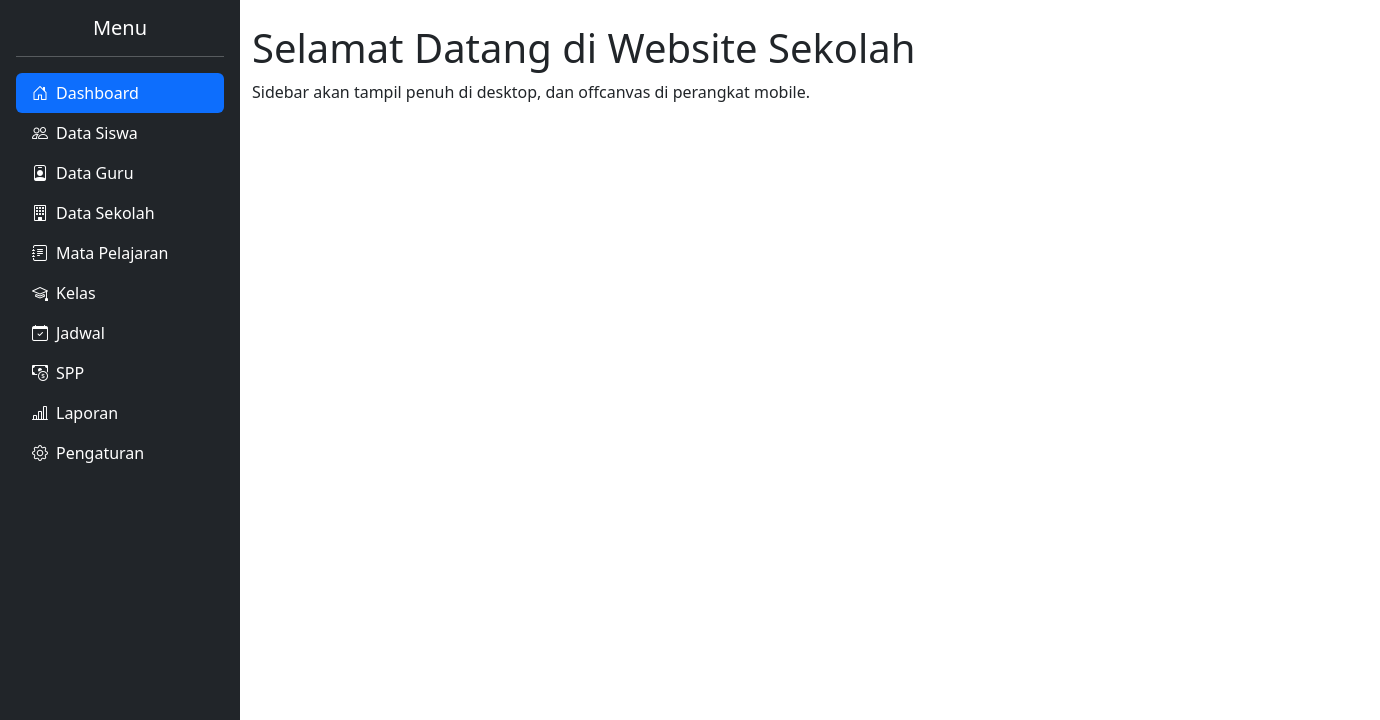
Repository: Jonathan123asd/userManual
Page: index.html
These files come from the project's save history. The page is drawn as it stood at one moment and after the next save; the edit follows.
The browser window is 1280 px wide. The page is 1380 px wide, so the pictures cover 1380 px, including what lies to the right of the window. The pictures show the whole page.

Above is the page before, as saved 2025-08-20 15:49:59.

### index.html
<!DOCTYPE html>
<html lang="id">
<head>
  <meta charset="UTF-8">
  <meta name="viewport" content="width=device-width, initial-scale=1.0">
  <title>Tutorial Website Sekolah</title>
  <!-- Bootstrap -->
  <link rel="stylesheet" href="https://cdn.jsdelivr.net/npm/bootstrap@5.3.7/dist/css/bootstrap.min.css" />
  <link rel="stylesheet" href="https://cdn.jsdelivr.net/npm/bootstrap-icons@1.13.1/font/bootstrap-icons.css" />
  <style>
    /* Sidebar tetap di desktop */
    .sidebar-desktop {
      width: 240px;
      height: 100vh;
      position: fixed;
      top: 0;
      left: 0;
      background-color: #343a40;
      padding: 1rem;
    }
    .content {
      margin-left: 0;
    }
    @media (min-width: 992px) {
      .content {
        margin-left: 240px;
      }
    }
  </style>
</head>
<body>

  <!-- Navbar (Mobile only) -->
  <nav class="navbar navbar-dark bg-dark d-lg-none">
    <div class="container-fluid">
      <button class="btn btn-outline-light me-2" type="button" data-bs-toggle="offcanvas" data-bs-target="#sidebarMobile" aria-controls="sidebarMobile">
        <i class="bi bi-list"></i>
      </button>
      <a class="navbar-brand" href="#">Website Sekolah</a>
    </div>
  </nav>

  <!-- Sidebar Desktop -->
  <div class="sidebar-desktop text-bg-dark d-none d-lg-block">
    <h5 class="text-white text-center">Menu</h5>
    <hr class="border-light">
    <ul class="nav nav-pills flex-column mb-auto">
      <li><a href="#" class="nav-link active text-white"><i class="bi bi-house-door me-2"></i>Dashboard</a></li>
      <li><a href="#" class="nav-link text-white"><i class="bi bi-people me-2"></i>Data Siswa</a></li>
      <li><a href="#" class="nav-link text-white"><i class="bi bi-person-badge me-2"></i>Data Guru</a></li>
      <li><a href="#" class="nav-link text-white"><i class="bi bi-building me-2"></i>Data Sekolah</a></li>
      <li><a href="#" class="nav-link text-white"><i class="bi bi-journal-text me-2"></i>Mata Pelajaran</a></li>
      <li><a href="#" class="nav-link text-white"><i class="bi bi-mortarboard me-2"></i>Kelas</a></li>
      <li><a href="#" class="nav-link text-white"><i class="bi bi-calendar-check me-2"></i>Jadwal</a></li>
      <li><a href="#" class="nav-link text-white"><i class="bi bi-cash-coin me-2"></i>SPP</a></li>
      <li><a href="#" class="nav-link text-white"><i class="bi bi-bar-chart-line me-2"></i>Laporan</a></li>
      <li><a href="#" class="nav-link text-white"><i class="bi bi-gear me-2"></i>Pengaturan</a></li>
    </ul>
  </div>

  <!-- Sidebar Mobile (Offcanvas) -->
  <div class="offcanvas offcanvas-start text-bg-dark d-lg-none" tabindex="-1" id="sidebarMobile" aria-labelledby="sidebarMobileLabel">
    <div class="offcanvas-header">
      <h5 class="offcanvas-title" id="sidebarMobileLabel">Menu</h5>
      <button type="button" class="btn-close btn-close-white" data-bs-dismiss="offcanvas" aria-label="Close"></button>
    </div>
    <div class="offcanvas-body">
      <ul class="nav nav-pills flex-column mb-auto">
        <li><a href="#" class="nav-link active text-white"><i class="bi bi-house-door me-2"></i>Dashboard</a></li>
        <li><a href="#" class="nav-link text-white"><i class="bi bi-people me-2"></i>Data Siswa</a></li>
        <li><a href="#" class="nav-link text-white"><i class="bi bi-person-badge me-2"></i>Data Guru</a></li>
        <li><a href="#" class="nav-link text-white"><i class="bi bi-building me-2"></i>Data Sekolah</a></li>
        <li><a href="#" class="nav-link text-white"><i class="bi bi-journal-text me-2"></i>Mata Pelajaran</a></li>
        <li><a href="#" class="nav-link text-white"><i class="bi bi-mortarboard me-2"></i>Kelas</a></li>
        <li><a href="#" class="nav-link text-white"><i class="bi bi-calendar-check me-2"></i>Jadwal</a></li>
        <li><a href="#" class="nav-link text-white"><i class="bi bi-cash-coin me-2"></i>SPP</a></li>
        <li><a href="#" class="nav-link text-white"><i class="bi bi-bar-chart-line me-2"></i>Laporan</a></li>
        <li><a href="#" class="nav-link text-white"><i class="bi bi-gear me-2"></i>Pengaturan</a></li>
      </ul>
    </div>
  </div>

  <!-- Content -->
  <div class="content container mt-4">
    <h1>Selamat Datang di Website Sekolah</h1>
    <p>Sidebar akan tampil penuh di desktop, dan offcanvas di perangkat mobile.</p>
  </div>

  <!-- Bootstrap JS -->
  <script src="https://cdn.jsdelivr.net/npm/bootstrap@5.3.7/dist/js/bootstrap.bundle.min.js"></script>
</body>
</html>

After the next save:
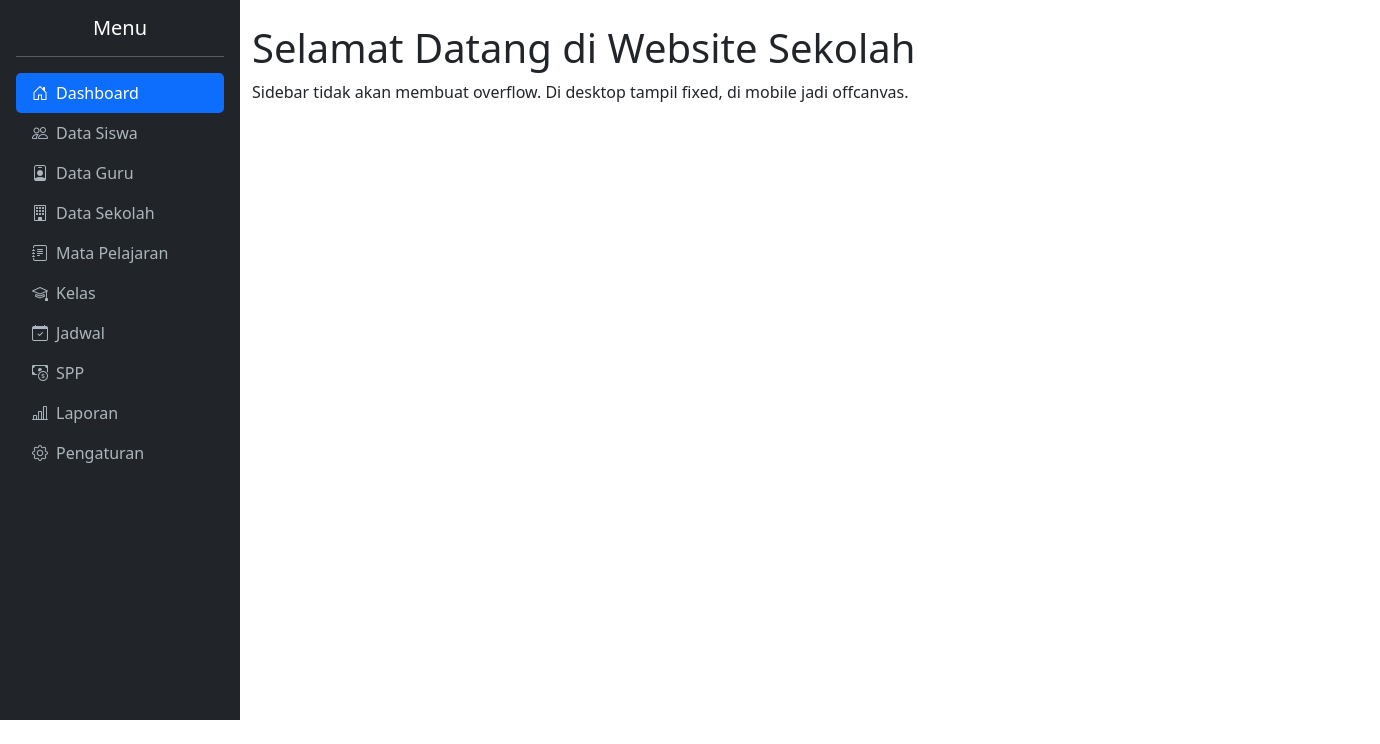
Saved 2 min 43 s later.
--- a/index.html
+++ b/index.html
@@ -8,6 +8,12 @@
   <link rel="stylesheet" href="https://cdn.jsdelivr.net/npm/bootstrap@5.3.7/dist/css/bootstrap.min.css" />
   <link rel="stylesheet" href="https://cdn.jsdelivr.net/npm/bootstrap-icons@1.13.1/font/bootstrap-icons.css" />
   <style>
+    body {
+      margin: 0;
+      padding: 0;
+      height: 100vh;
+      overflow-x: hidden; /* cegah overflow horizontal */
+    }
     /* Sidebar tetap di desktop */
     .sidebar-desktop {
       width: 240px;
@@ -18,13 +24,23 @@
       background-color: #343a40;
       padding: 1rem;
     }
+    /* Konten */
     .content {
       margin-left: 0;
     }
     @media (min-width: 992px) {
       .content {
-        margin-left: 240px;
+        margin-left: 240px; /* geser hanya di desktop */
       }
+    }
+    .nav-link {
+      color: #adb5bd;
+    }
+    .nav-link:hover,
+    .nav-link.active {
+      background-color: #495057;
+      color: #fff;
+      border-radius: 5px;
     }
   </style>
 </head>
@@ -45,16 +61,16 @@
     <h5 class="text-white text-center">Menu</h5>
     <hr class="border-light">
     <ul class="nav nav-pills flex-column mb-auto">
-      <li><a href="#" class="nav-link active text-white"><i class="bi bi-house-door me-2"></i>Dashboard</a></li>
-      <li><a href="#" class="nav-link text-white"><i class="bi bi-people me-2"></i>Data Siswa</a></li>
-      <li><a href="#" class="nav-link text-white"><i class="bi bi-person-badge me-2"></i>Data Guru</a></li>
-      <li><a href="#" class="nav-link text-white"><i class="bi bi-building me-2"></i>Data Sekolah</a></li>
-      <li><a href="#" class="nav-link text-white"><i class="bi bi-journal-text me-2"></i>Mata Pelajaran</a></li>
-      <li><a href="#" class="nav-link text-white"><i class="bi bi-mortarboard me-2"></i>Kelas</a></li>
-      <li><a href="#" class="nav-link text-white"><i class="bi bi-calendar-check me-2"></i>Jadwal</a></li>
-      <li><a href="#" class="nav-link text-white"><i class="bi bi-cash-coin me-2"></i>SPP</a></li>
-      <li><a href="#" class="nav-link text-white"><i class="bi bi-bar-chart-line me-2"></i>Laporan</a></li>
-      <li><a href="#" class="nav-link text-white"><i class="bi bi-gear me-2"></i>Pengaturan</a></li>
+      <li><a href="#" class="nav-link active"><i class="bi bi-house-door me-2"></i>Dashboard</a></li>
+      <li><a href="#" class="nav-link"><i class="bi bi-people me-2"></i>Data Siswa</a></li>
+      <li><a href="#" class="nav-link"><i class="bi bi-person-badge me-2"></i>Data Guru</a></li>
+      <li><a href="#" class="nav-link"><i class="bi bi-building me-2"></i>Data Sekolah</a></li>
+      <li><a href="#" class="nav-link"><i class="bi bi-journal-text me-2"></i>Mata Pelajaran</a></li>
+      <li><a href="#" class="nav-link"><i class="bi bi-mortarboard me-2"></i>Kelas</a></li>
+      <li><a href="#" class="nav-link"><i class="bi bi-calendar-check me-2"></i>Jadwal</a></li>
+      <li><a href="#" class="nav-link"><i class="bi bi-cash-coin me-2"></i>SPP</a></li>
+      <li><a href="#" class="nav-link"><i class="bi bi-bar-chart-line me-2"></i>Laporan</a></li>
+      <li><a href="#" class="nav-link"><i class="bi bi-gear me-2"></i>Pengaturan</a></li>
     </ul>
   </div>
 
@@ -66,16 +82,16 @@
     </div>
     <div class="offcanvas-body">
       <ul class="nav nav-pills flex-column mb-auto">
-        <li><a href="#" class="nav-link active text-white"><i class="bi bi-house-door me-2"></i>Dashboard</a></li>
-        <li><a href="#" class="nav-link text-white"><i class="bi bi-people me-2"></i>Data Siswa</a></li>
-        <li><a href="#" class="nav-link text-white"><i class="bi bi-person-badge me-2"></i>Data Guru</a></li>
-        <li><a href="#" class="nav-link text-white"><i class="bi bi-building me-2"></i>Data Sekolah</a></li>
-        <li><a href="#" class="nav-link text-white"><i class="bi bi-journal-text me-2"></i>Mata Pelajaran</a></li>
-        <li><a href="#" class="nav-link text-white"><i class="bi bi-mortarboard me-2"></i>Kelas</a></li>
-        <li><a href="#" class="nav-link text-white"><i class="bi bi-calendar-check me-2"></i>Jadwal</a></li>
-        <li><a href="#" class="nav-link text-white"><i class="bi bi-cash-coin me-2"></i>SPP</a></li>
-        <li><a href="#" class="nav-link text-white"><i class="bi bi-bar-chart-line me-2"></i>Laporan</a></li>
-        <li><a href="#" class="nav-link text-white"><i class="bi bi-gear me-2"></i>Pengaturan</a></li>
+        <li><a href="#" class="nav-link active"><i class="bi bi-house-door me-2"></i>Dashboard</a></li>
+        <li><a href="#" class="nav-link"><i class="bi bi-people me-2"></i>Data Siswa</a></li>
+        <li><a href="#" class="nav-link"><i class="bi bi-person-badge me-2"></i>Data Guru</a></li>
+        <li><a href="#" class="nav-link"><i class="bi bi-building me-2"></i>Data Sekolah</a></li>
+        <li><a href="#" class="nav-link"><i class="bi bi-journal-text me-2"></i>Mata Pelajaran</a></li>
+        <li><a href="#" class="nav-link"><i class="bi bi-mortarboard me-2"></i>Kelas</a></li>
+        <li><a href="#" class="nav-link"><i class="bi bi-calendar-check me-2"></i>Jadwal</a></li>
+        <li><a href="#" class="nav-link"><i class="bi bi-cash-coin me-2"></i>SPP</a></li>
+        <li><a href="#" class="nav-link"><i class="bi bi-bar-chart-line me-2"></i>Laporan</a></li>
+        <li><a href="#" class="nav-link"><i class="bi bi-gear me-2"></i>Pengaturan</a></li>
       </ul>
     </div>
   </div>
@@ -83,7 +99,7 @@
   <!-- Content -->
   <div class="content container mt-4">
     <h1>Selamat Datang di Website Sekolah</h1>
-    <p>Sidebar akan tampil penuh di desktop, dan offcanvas di perangkat mobile.</p>
+    <p>Sidebar tidak akan membuat overflow. Di desktop tampil fixed, di mobile jadi offcanvas.</p>
   </div>
 
   <!-- Bootstrap JS -->
